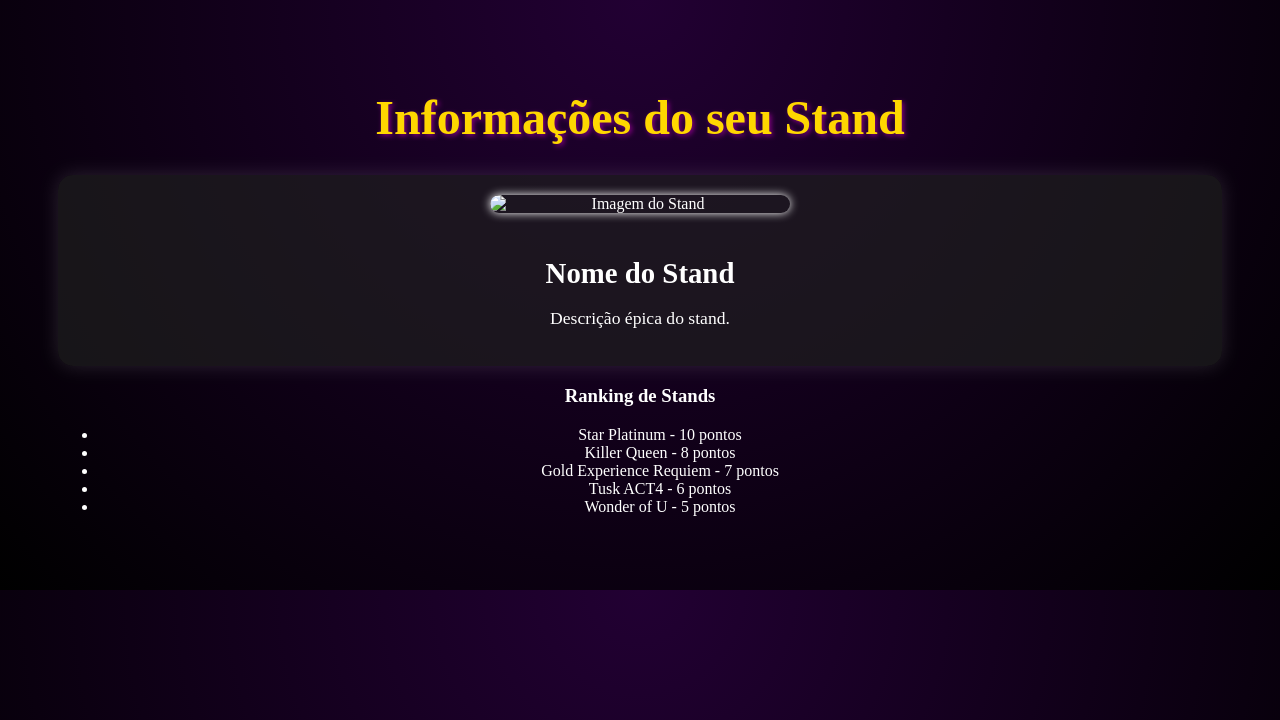
Repository: Yago-sz/Site-Jojo
Page: standinfo.html
An editor plug-in stored every save of this project. The page is shown before and after the next save, followed by the edit.
The browser window is 1280 px wide. The pictures show the whole page.
Some web fonts or font styles are not loaded; a fallback is used.

Above is the page before, as saved 2025-04-23 17:06:53.
Console error: TypeError: Cannot read properties of undefined (reading 'imagem')

### standinfo.html
<!DOCTYPE html>
<html lang="pt-br">
<head>
    <meta charset="UTF-8">
    <meta name="viewport" content="width=device-width, initial-scale=1.0">
    <title>Informações do Stand</title>
    <link rel="stylesheet" href="site.css">
</head>
<body>
    <h1>Informações do seu Stand</h1>

    <div class="stand-info-container">
        <!-- Seção do Stand -->
        <div id="stand-info" class="stand-card">
            <img id="stand-img" src="" alt="Imagem do Stand" class="stand-img" />
            <div class="stand-details">
                <h2 id="stand-nome" class="stand-nome">Nome do Stand</h2>
                <p id="stand-desc" class="stand-desc">Descrição épica do stand.</p>
            </div>
        </div>

        <!-- Seção do Ranking -->
        <div id="ranking" class="ranking">
            <h3>Ranking de Stands</h3>
            <ul>
                <li>Star Platinum - 10 pontos</li>
                <li>Killer Queen - 8 pontos</li>
                <li>Gold Experience Requiem - 7 pontos</li>
                <li>Tusk ACT4 - 6 pontos</li>
                <li>Wonder of U - 5 pontos</li>
                <!-- Adicione outros stands e pontuações conforme desejar -->
            </ul>
        </div>
    </div>

    <script>
        // Obtém o nome do stand da URL
        const urlParams = new URLSearchParams(window.location.search);
        const standNome = decodeURIComponent(urlParams.get('stand'));

        // Informações do Stand
        const infosDoStand = {
            "Star Platinum": {
                imagem: "img/star_platinum.jpg",
                descricao: "Extremamente rápido e poderoso. Famoso pelo grito 'ORA ORA ORA!' e capaz de parar o tempo com 'The World'."
            },
            "Killer Queen": {
                imagem: "img/killer_queen.jpg",
                descricao: "Pode transformar qualquer coisa em bomba. Possui habilidades como Sheer Heart Attack e Bites the Dust."
            },
            "Crazy Diamond": {
                imagem: "img/crazy_diamond.jpg",
                descricao: "Pode restaurar objetos e pessoas à sua forma original. Forte e preciso, mas com um coração gentil."
            },
            "Gold Experience Requiem": {
                imagem: "img/ger.jpg",
                descricao: "Possui o poder de anular causas e efeitos. Virtualmente invencível ao retornar tudo ao 'zero'."
            },
            "The World": {
                imagem: "img/the_world.jpg",
                descricao: "Stand de DIO com poder de parar o tempo. Extremamente veloz e forte."
            },
            "Tusk ACT4": {
                imagem: "img/tusk_act4.jpg",
                descricao: "A forma final do Tusk. Usa rotações infinitas para causar danos que ignoram defesas e não podem ser curados."
            },
            "D4C - Love Train": {
                imagem: "img/d4c.jpg",
                descricao: "Manipula dimensões e desvia o destino ruim para os outros. Um dos stands mais perigosos."
            },
            "Soft & Wet": {
                imagem: "img/soft_wet.jpg",
                descricao: "Pode roubar propriedades de objetos e pessoas usando bolhas. Extremamente versátil."
            },
            "Wonder of U": {
                imagem: "imagem/wonder.png",
                descricao: "Invoca calamidades contra quem o persegue. Atua com uma aura de inevitabilidade."
            },
            "The World Over Heaven": {
                imagem: "img/world_over_heaven.jpg",
                descricao: "Versão alternativa e ainda mais poderosa do The World, capaz de reescrever a realidade com seus socos."
            }
        };

        // Exibe as informações do stand
        const info = infosDoStand[standNome];
        const standInfo = document.getElementById("stand-info");
        const standImg = document.getElementById("stand-img");
        const standNomeEl = document.getElementById("stand-nome");
        const standDesc = document.getElementById("stand-desc");

        standImg.src = info.imagem;
        standNomeEl.textContent = standNome;
        standDesc.textContent = info.descricao;
    </script>
</body>
</html>

### site.css
@import url('https://fonts.googleapis.com/css2?family=Cinzel+Decorative:wght@700&display=swap');

body {
  background: radial-gradient(circle at top, #220033, #000000);
  color: #fff;
  font-family: 'Cinzel Decorative', serif;
  text-align: center;
  padding: 50px;
}

h1 {
  font-size: 3em;
  margin-bottom: 30px;
  color: #ffd700;
  text-shadow: 2px 2px 5px purple;
}

button {
  background: linear-gradient(to right, #6a0dad, #9a00ff);
  color: white;
  padding: 15px 40px;
  font-size: 20px;
  border: 3px solid gold;
  border-radius: 12px;
  margin: 15px;
  cursor: pointer;
  box-shadow: 0 0 10px #a020f0, 0 0 20px #a020f0 inset;
  transition: all 0.3s ease;
}

button:hover {
  transform: scale(1.05);
  box-shadow: 0 0 15px #ff00ff, 0 0 25px #ff00ff inset;
}

.resultado {
  margin-top: 40px;
  font-size: 28px;
  font-weight: bold;
  color: #ffdd55;
  text-shadow: 1px 1px 10px #ffcc00;
  border: 3px double gold;
  padding: 20px;
  border-radius: 15px;
  background: rgba(255, 255, 255, 0.05);
  display: inline-block;
}



.animacao-rara.active {
  display: flex;
}

@keyframes fadeIn {
  from { opacity: 0; }
  to { opacity: 1; }
}

/* Animação Cadaver */
.img-cadaver {
    width: 200px;
    height: auto;
    animation: pulsar 2.5s infinite ease-in-out, brilho-cadaver 2s infinite alternate;
    transition: transform 0.3s;
  }

  .img-cadaver:hover {
    transform: scale(1.05);
  }

  @keyframes pulsar {
    0%, 100% { transform: scale(1); }
    50% { transform: scale(1.07); }
  }

  @keyframes brilho-cadaver {
    from { filter: drop-shadow(0 0 5px #efb810); }
    to { filter: drop-shadow(0 0 20px #ffff94); }
  }

  .opcoes {
    display: flex;
    justify-content: center;
    align-items: center;
    gap: 40px;
    flex-wrap: wrap;
  }

  .escolha {
    cursor: pointer;
    text-align: center;
    color: white;
    font-family: 'Cinzel Decorative', serif;
  }

  .img-flecha {
    width: 200px;
    height: auto;
    animation: flutuar 3s ease-in-out infinite, brilho 2s infinite alternate;
    transition: transform 0.3s;
  }

  .img-flecha:hover {
    transform: scale(1.05);
  }
  @keyframes flutuar {
    0% { transform: translateY(0px); }
    50% { transform: translateY(-15px); }
    100% { transform: translateY(0px); }
  }

  @keyframes brilho {
    from { filter: drop-shadow(0 0 10px gold); }
    to { filter: drop-shadow(0 0 15px purple); }
  }



  .animacao.active {
    display: block;
  }

  /* Animação para o Tusk ACT4 */
  .animacao-tusk-act4 {
    position: absolute;
    width: 0;
    height: 100px;
    background: red;
    animation: abrirBarreiraTusk 5s forwards;
  }

  @keyframes abrirBarreiraTusk {
    0% {
      width: 0;
    }
    50% {
      width: 80%;
    }
    100% {
      width: 100%;
    }
  }

  /* Animação para o Gold Experience Requiem */
  .animacao-ger {
    position: absolute;
    top: 50%;
    left: 50%;
    transform: translate(-50%, -50%);
    width: 150px;
    height: 150px;
    border-radius: 50%;
    background: gold;
    animation: explosaoGER 4s forwards;
  }

  @keyframes explosaoGER {
    0% {
      transform: translate(-50%, -50%) scale(1);
    }
    50% {
      transform: translate(-50%, -50%) scale(1.5);
      opacity: 0.5;
    }
    100% {
      transform: translate(-50%, -50%) scale(0);
      opacity: 0;
    }
  }

  /* Animação para o Made in Heaven */
  .animacao-mih {
    position: absolute;
    top: 50%;
    left: 50%;
    transform: translate(-50%, -50%);
    width: 100%;
    height: 5px;
    background: white;
    animation: acelerarTempo 5s forwards;
  }

  @keyframes acelerarTempo {
    0% {
      width: 0;
      opacity: 0;
    }
    50% {
      width: 100%;
      opacity: 0.8;
    }
    100% {
      width: 100%;
      opacity: 1;
    }
  }
  .animacao-overlay {
    position: fixed;
    top: 0;
    left: 0;
    width: 100%;
    height: 100%;
    background: radial-gradient(rgba(0, 0, 0, 0.85), rgba(0, 0, 0, 1));
    display: flex;
    justify-content: center;
    align-items: center;
    z-index: 9999;
    opacity: 0;
    pointer-events: none;
    transition: opacity 0.6s ease;
  }

  .animacao-overlay.active {
    opacity: 1;
    pointer-events: auto;
  }

  .animacao-wrapper {
    text-align: center;
    animation: entrada-epica 0.6s ease-out forwards;
    transform: scale(0.7);
    opacity: 0;
  }

  @keyframes entrada-epica {
    to {
      transform: scale(1);
      opacity: 1;
    }
  }

  .animacao-video {
    aspect-ratio: 21 / 9;
    width: 80vw;
    max-width: 1000px;
    height: auto;
    object-fit: cover;
    border-radius: 20px;
    box-shadow: 0 0 60px rgba(255, 0, 255, 0.3);
  }

  @keyframes brilhoStand {
    from {
      filter: drop-shadow(0 0 15px #fff) contrast(1.1) saturate(1.1);
    }
    to {
      filter: drop-shadow(0 0 25px #ff00ff) contrast(1.3) saturate(1.5);
    }
  }
  .animacao-overlay.active {
    background: radial-gradient(circle at center, rgba(0,0,0,0.9), black);
  }
  .stand-nome-destaque {
    font-size: 2.5rem;
    font-weight: bold;
    color: #fff;
    text-shadow: 0 0 20px #f0f, 0 0 30px #fff;
    margin-bottom: 1rem;
  }
  .animacao-wrapper {
    animation: entradaCinematica 0.6s ease-out forwards;
    transform: scale(0.7);
    opacity: 0;
  }

  @keyframes entradaCinematica {
    0% {
      transform: scale(0.7) rotate(-2deg);
      opacity: 0;
    }
    100% {
      transform: scale(1) rotate(0deg);
      opacity: 1;
    }
  }
  @keyframes tremor {
    0% { transform: translate(0, 0); }
    25% { transform: translate(1px, -1px); }
    50% { transform: translate(-1px, 1px); }
    75% { transform: translate(1px, 1px); }
    100% { transform: translate(0, 0); }
  }
    #stand-info {
      display: flex;
      align-items: center;
      gap: 20px;
      margin-top: 20px;
      padding: 20px;
      background-color: rgba(30, 30, 30, 0.7);
      border-radius: 15px;
      box-shadow: 0 0 20px #fff2;
      color: white;
      flex-wrap: wrap;
      flex-direction: column;
    }

    #stand-img {
      width: 300px;
      max-width: 100%;
      border-radius: 10px;
      box-shadow: 0 0 10px #fff;
      flex-shrink: 0;
    }

    #stand-nome {
      font-size: 1.8em;
      margin-bottom: 10px;
    }

    #stand-desc {
      font-size: 1.1em;
      max-width: 500px;
    }

    /* Responsivo: empilha imagem e texto no celular */
    @media (max-width: 768px) {
      #stand-info {
        flex-direction: column-reverse;
        align-items: flex-start;
      }

      #stand-img {
        width: 100%;
      }

      #stand-desc {
        max-width: 100%;
      }
    }

After the next save:
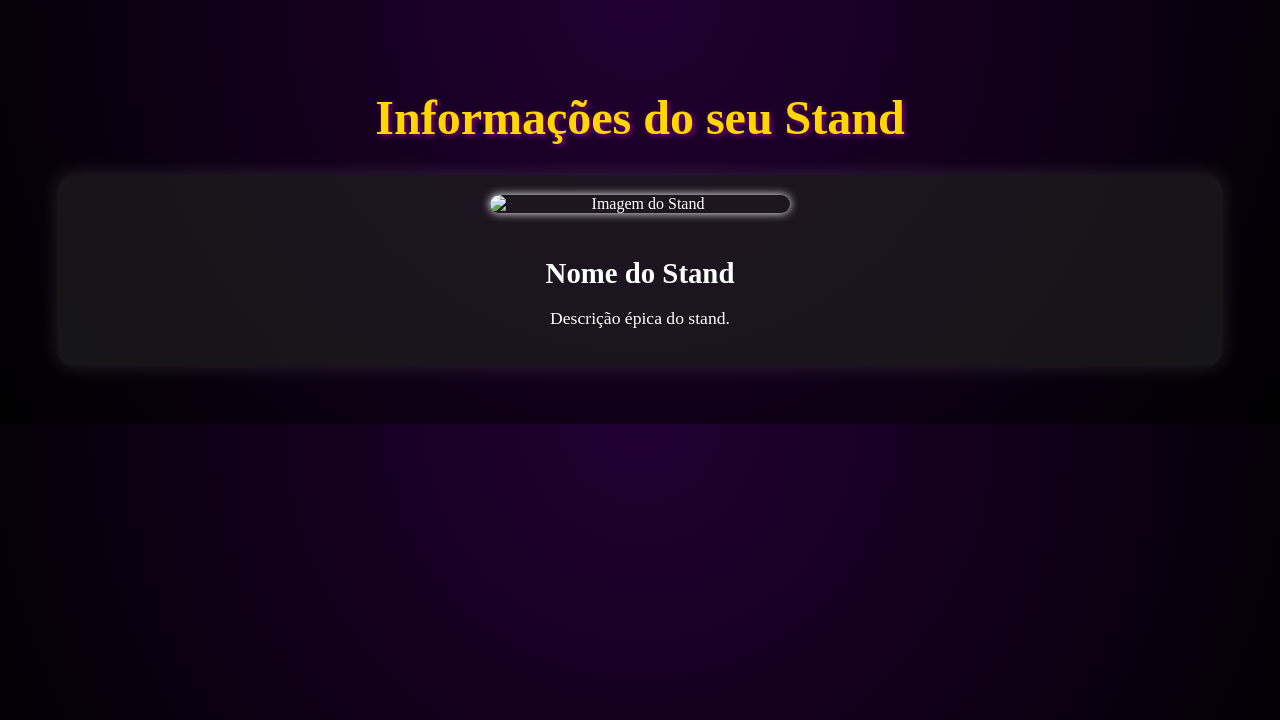
Saved 88 s later.
--- a/standinfo.html
+++ b/standinfo.html
@@ -19,19 +19,6 @@
             </div>
         </div>
 
-        <!-- Seção do Ranking -->
-        <div id="ranking" class="ranking">
-            <h3>Ranking de Stands</h3>
-            <ul>
-                <li>Star Platinum - 10 pontos</li>
-                <li>Killer Queen - 8 pontos</li>
-                <li>Gold Experience Requiem - 7 pontos</li>
-                <li>Tusk ACT4 - 6 pontos</li>
-                <li>Wonder of U - 5 pontos</li>
-                <!-- Adicione outros stands e pontuações conforme desejar -->
-            </ul>
-        </div>
-    </div>
 
     <script>
         // Obtém o nome do stand da URL
